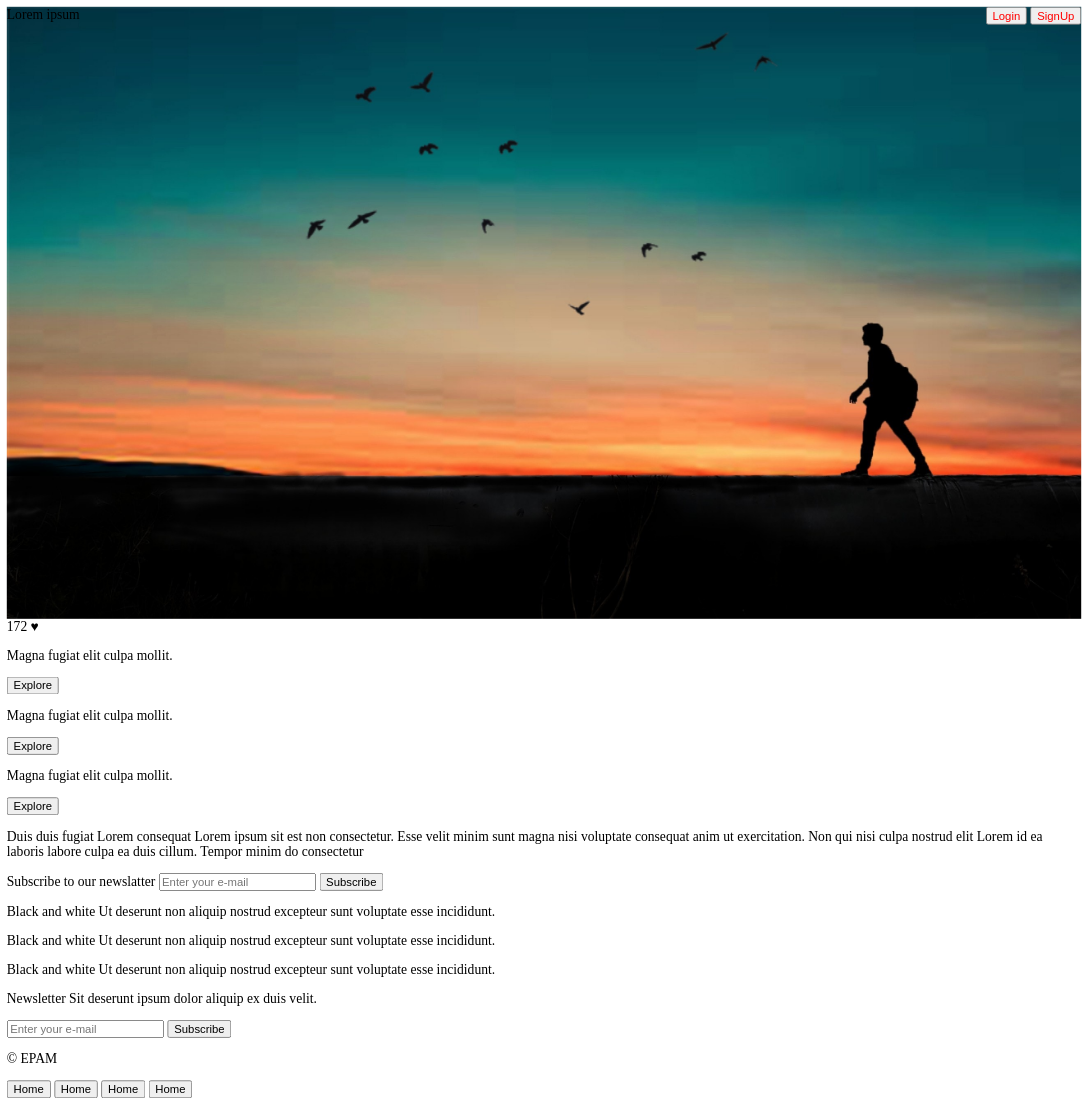
Repository: M1shkaBear/FLX
Page: FLX_homework_4/homework/index.html
The author's editor kept a copy of each file at every save. The page is drawn from the files as they stood at one save, then again after the next save.
The browser window is 1280 px wide. The pictures show the whole page, at 85% of full size.

Above is the page before, as saved 2019-01-29 04:28:09.

### FLX_homework_4/homework/index.html
<!DOCTYPE html>
<html lang="en">
  <head>
    <meta charset="UTF-8" />
    <meta name="viewport" content="width=device-width, initial-scale=1.0" />
    <meta http-equiv="X-UA-Compatible" content="ie=edge" />
    <title>Document</title>
    <link href="css/style.css" rel="stylesheet" />
  </head>
  <body>
    <header class="header">
      <section class="topHeader">
        <section class="words">Lorem ipsum</section>
        <section class="logbuttons">
          <button class="logbtn">Login</button>
          <button class="subtn">SignUp</button>
        </section>
      </section>
    </header>

    <main class="main">
      <article>
        <section class="image">
          <section class="like">172 &hearts;</section>
        </section>
        <section class="column-paragraphs"></section>
      </article>
      <section class="parag-container">
        <section>
          <p>Magna fugiat elit culpa mollit.</p>
          <button class="exploreButton">Explore</button>
        </section>
        <section>
          <p>Magna fugiat elit culpa mollit.</p>
          <button class="exploreButton">Explore</button>
        </section>
        <section>
          <p>Magna fugiat elit culpa mollit.</p>
          <button class="exploreButton">Explore</button>
        </section>
      </section>
      <section class="subscParagraph">
        <section class="parform">
          <p>
            Duis duis fugiat Lorem consequat Lorem ipsum sit est non
            consectetur. Esse velit minim sunt magna nisi voluptate consequat
            anim ut exercitation. Non qui nisi culpa nostrud elit Lorem id ea
            laboris labore culpa ea duis cillum. Tempor minim do consectetur
          </p>
        </section>
        <section class="formforsubs">
          <form class="newslatter">
            <label>Subscribe to our newslatter</label>
            <input
              class="subsig"
              type="email"
              placeholder="Enter your e-mail"
            />
            <button class="subsbtn">Subscribe</button>
          </form>
        </section>
      </section>
    </main>

    <footer class="footer">
      <section class="about">
        <section class="paragraphs">
          <p>
            Black and white Ut deserunt non aliquip nostrud excepteur sunt
            voluptate esse incididunt.
          </p>
          <p>
            Black and white Ut deserunt non aliquip nostrud excepteur sunt
            voluptate esse incididunt.
          </p>
          <p>
            Black and white Ut deserunt non aliquip nostrud excepteur sunt
            voluptate esse incididunt.
          </p>
        </section>
        <section class="news">
          <p>Newsletter Sit deserunt ipsum dolor aliquip ex duis velit.</p>
          <form class="subscribe">
            <input
              class="emailvpiska"
              type="email"
              placeholder="Enter your e-mail"
            />
            <button class="button">Subscribe</button>
          </form>
        </section>
      </section>

      <section class="footer-menu">
        <p>&copy; EPAM</p>

        <section class="footer-navigation">
          <button class="btn">Home</button> <button class="btn">Home</button>
          <button class="btn">Home</button> <button class="btn">Home</button>
        </section>
      </section>
    </footer>
  </body>
</html>

### FLX_homework_4/homework/css/style.css
.header {
  background-image: url("../img/sample2.jpg");
  background-size: cover;
  height: 100vh;
}
.topHeader {
  display: flex;
  justify-content: space-between;
}
.logbtn,
.subtn {
  color: red;
}

After the next save:
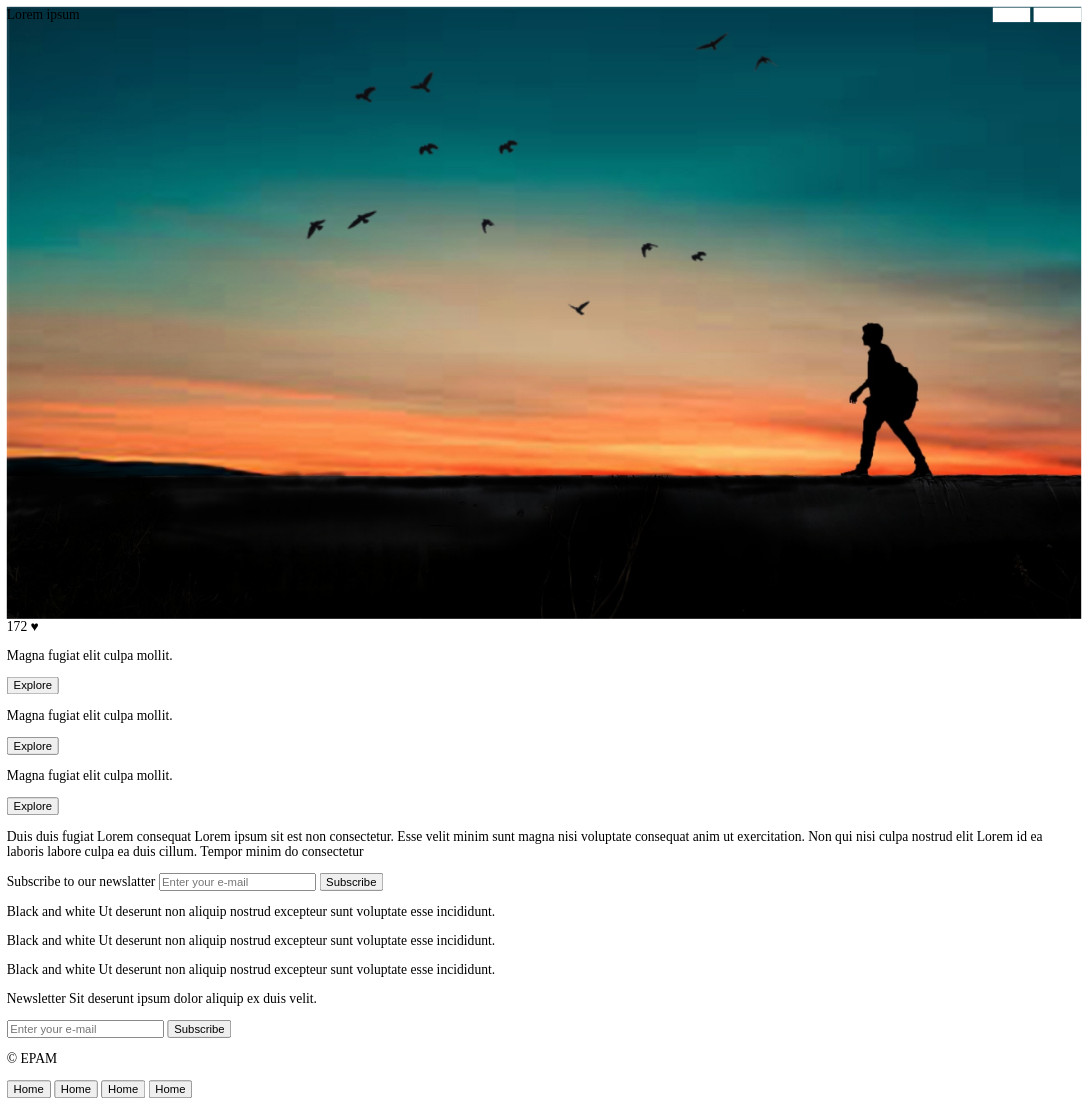
Saved 37 s later.
--- a/FLX_homework_4/homework/css/style.css
+++ b/FLX_homework_4/homework/css/style.css
@@ -9,5 +9,7 @@
 }
 .logbtn,
 .subtn {
-  color: red;
+  background-color: white;
+  color: white;
+  border: 0px;
 }
